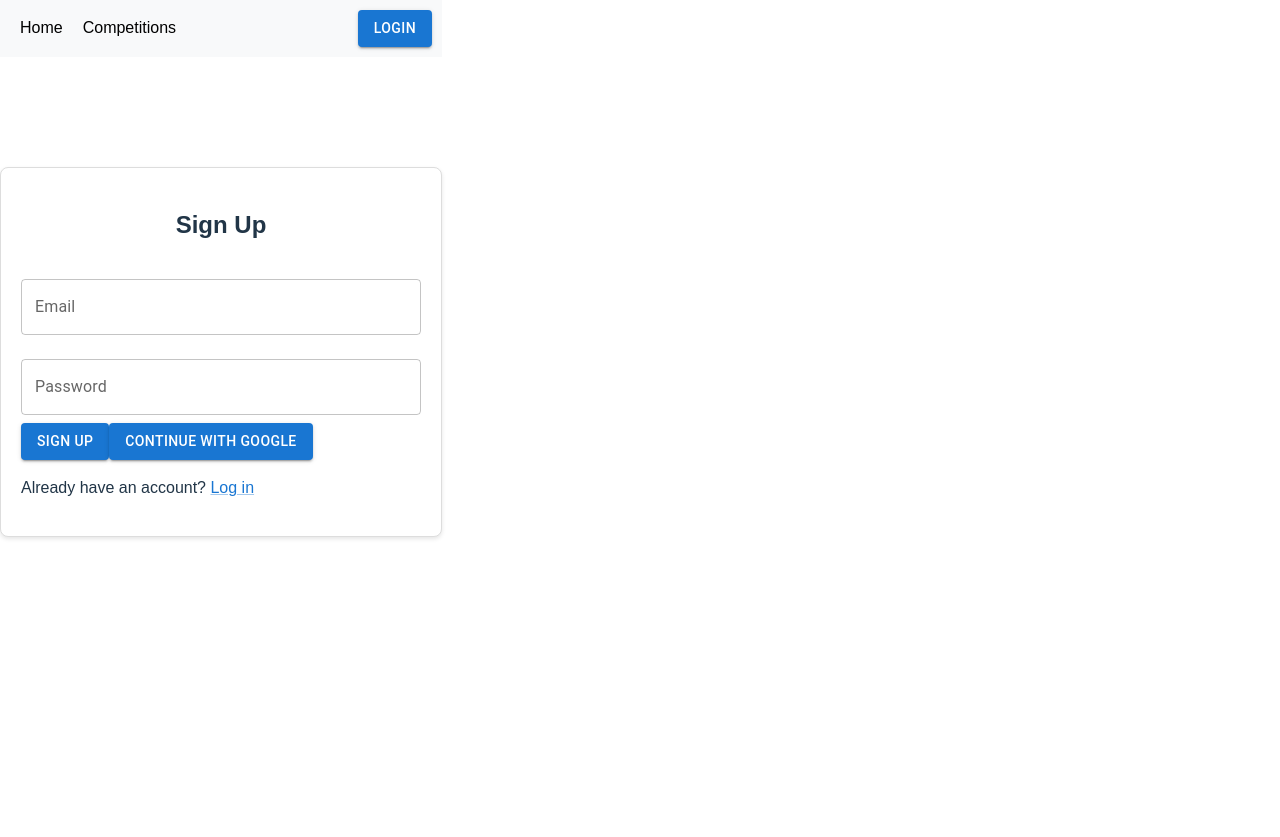
Repository: BWei22/wecube
Page: /signup
These files come from the project's save history. The page is drawn as it stood at one moment and after the next save; the edit follows.
The browser window is 1280 px wide. The pictures show the whole page.
The project was rebuilt for these pictures with package versions that can differ from the ones it lists, and the page was loaded fresh each time. Also part of the build but not shown: vite.config.js, src/pages/Home.css, src/pages/Home.jsx, src/pages/Competitions.css, src/pages/Competitions.jsx, src/pages/Listings.jsx, src/pages/CreateListing.jsx, src/pages/ListingDetails.css and 12 more.

Above is the page before, as saved 2024-08-09 02:10:15.

After the next save:
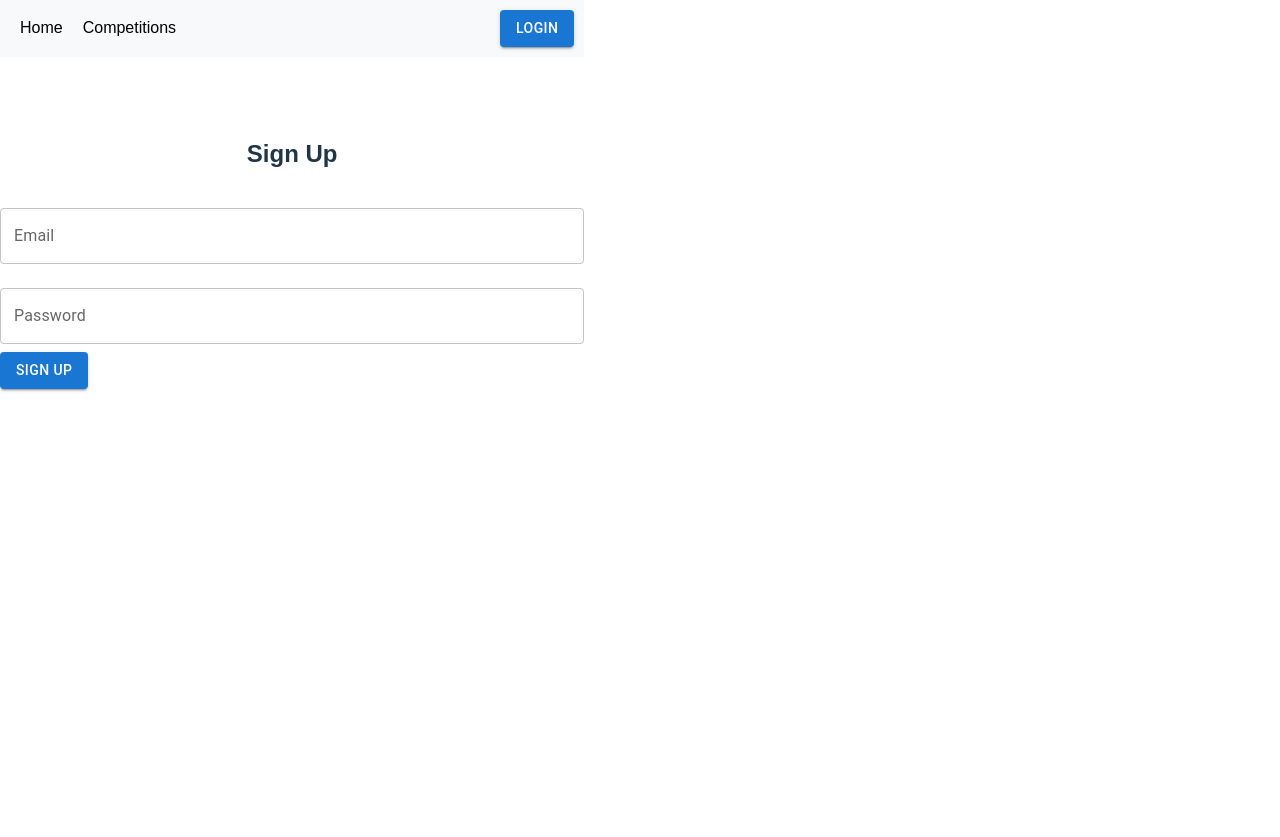
Saved 20 s later.
--- a/src/pages/SignUp.jsx
+++ b/src/pages/SignUp.jsx
@@ -1,38 +1,38 @@
-// src/pages/SignUp.jsx
+// src/pages/Signup.jsx
 import React, { useState } from 'react';
+import { useAuth } from '../hooks/useAuth';
+import { Button, TextField } from '@mui/material';
 import { useNavigate } from 'react-router-dom';
-import { useAuth } from '../hooks/useAuth';
-import { Button, TextField, Link } from '@mui/material';
-import './AuthComponent.css';
 
-const SignUp = () => {
-  const auth = useAuth();
-  const navigate = useNavigate();
+const Signup = () => {
   const [email, setEmail] = useState('');
   const [password, setPassword] = useState('');
   const [error, setError] = useState('');
+  const auth = useAuth();
+  const navigate = useNavigate();
 
-  const handleGoogleSignUp = async () => {
+  const handleEmailSignup = async () => {
+    if (!email || !password) {
+      setError('Email and Password are required');
+      return;
+    }
+
     try {
-      await auth.signinWithGoogle();
+      // Sign up the user with email and password
+      await auth.signupWithEmailAndPassword(email, password);
+
+      // After signup, navigate to the complete-profile page
+      // The actual authentication as a fully signed-in user will only occur after completing the profile
+      navigate('/complete-profile');
+
     } catch (error) {
-      console.error('Sign-up failed:', error);
-      setError(error.message);
-    }
-  };
-
-  const handleEmailSignUp = async () => {
-    try {
-      await auth.signupWithEmailAndPassword(email, password);
-      navigate('/complete-profile');
-    } catch (error) {
-      console.error('Sign-up failed:', error);
-      setError(error.message);
+      console.error('Error signing up:', error);
+      setError('Error signing up. Please try again.');
     }
   };
 
   return (
-    <div className="auth-container">
+    <div className="signup-container">
       <h2>Sign Up</h2>
       <TextField
         label="Email"
@@ -52,17 +52,11 @@ const SignUp = () => {
         onChange={(e) => setPassword(e.target.value)}
       />
       {error && <p className="error">{error}</p>}
-      <Button onClick={handleEmailSignUp} variant="contained" color="primary">
+      <Button onClick={handleEmailSignup} variant="contained" color="primary">
         Sign Up
       </Button>
-      <Button onClick={handleGoogleSignUp} variant="contained" color="primary">
-        Continue with Google
-      </Button>
-      <p>
-        Already have an account? <Link onClick={() => navigate('/login')}>Log in</Link>
-      </p>
     </div>
   );
 };
 
-export default SignUp;
+export default Signup;
